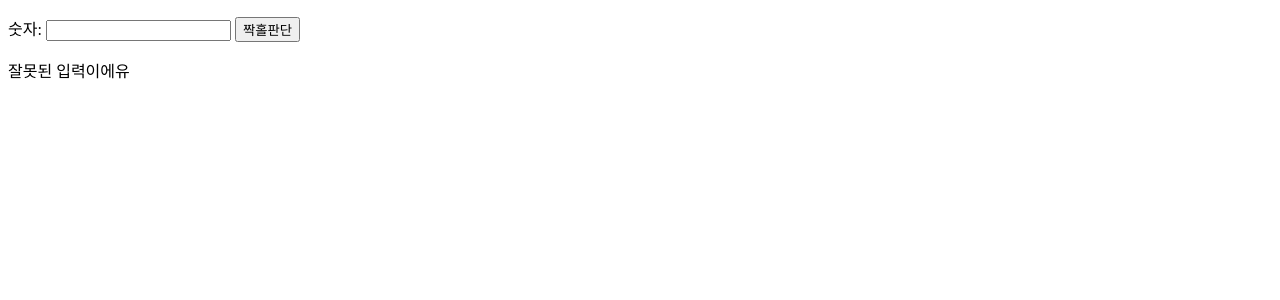
Repository: potatoy1/learning-jsp
Page: http://localhost/JSPBook/ch03/jstl.jsp
The author's editor kept a copy of each file at every save. The page is drawn from the files as they stood at one save, then again after a run of saves.
The browser window is 1280 px wide. The pictures show the whole page.
The page is served by Tomcat 9.

Above is the page before, as saved 2022-09-27 08:21:55.

After the next 2 saves:
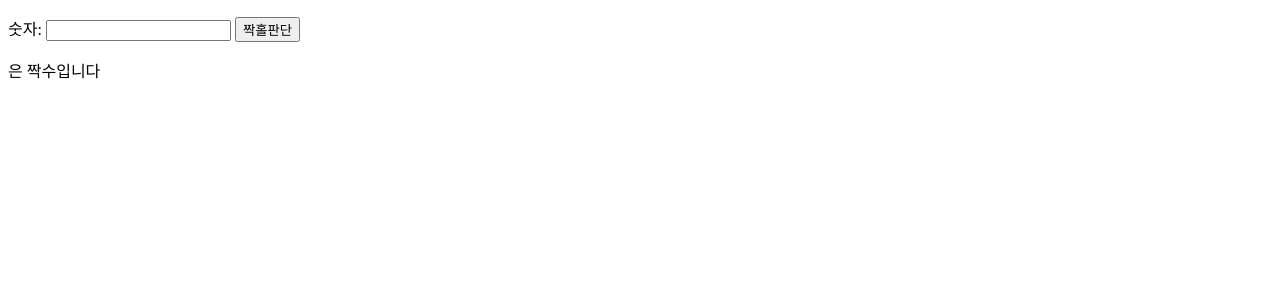
The 2 saves are shown as one change because they came seconds apart.
The last was saved 38 s later.
--- a/JSPBook/WebContent/ch03/jstl.jsp
+++ b/JSPBook/WebContent/ch03/jstl.jsp
@@ -50,8 +50,8 @@ JSTL? Jsp Standard Tag Library
 	-->
 	<c:set var = "num" />
 	<c:choose>
-		<c:when test="${num} % 2 == 0">num은 짝수입니다</c:when>
-		<c:when test="${num} % 2 != 0">홀수입니다</c:when>
+		<c:when test="${num % 2 == 0}">${num}은 짝수입니다</c:when>
+		<c:when test="${num % 2 != 0}">${num}은 홀수입니다</c:when>
 		<c:otherwise>잘못된 입력이에유</c:otherwise>
 	</c:choose>
 <script type="text/javascript">
